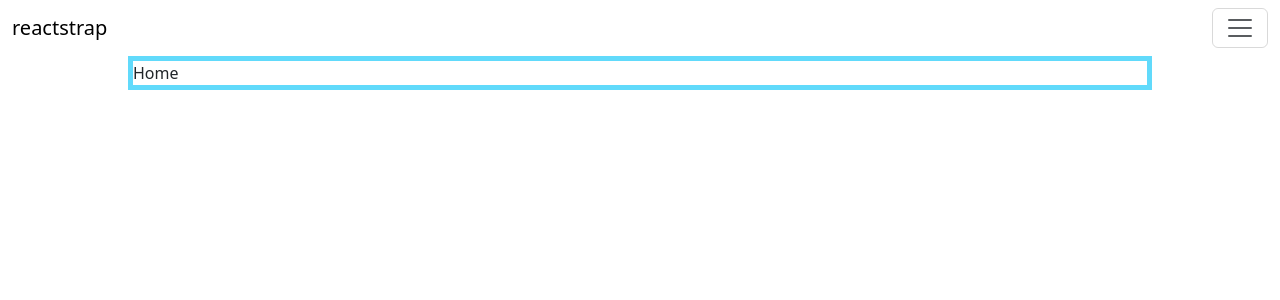
Repository: chadrackkyungu/Sylvie
Page: /
An editor plug-in stored every save of this project. The page is shown before and after the next save, followed by the edit.
The browser window is 1280 px wide. The pictures show the whole page.
The project was rebuilt for these pictures with package versions that can differ from the ones it lists, and the page was loaded fresh each time. Also part of the build but not shown: src/App.css.

Above is the page before, as saved 2022-07-19 23:23:22.

After the next save:
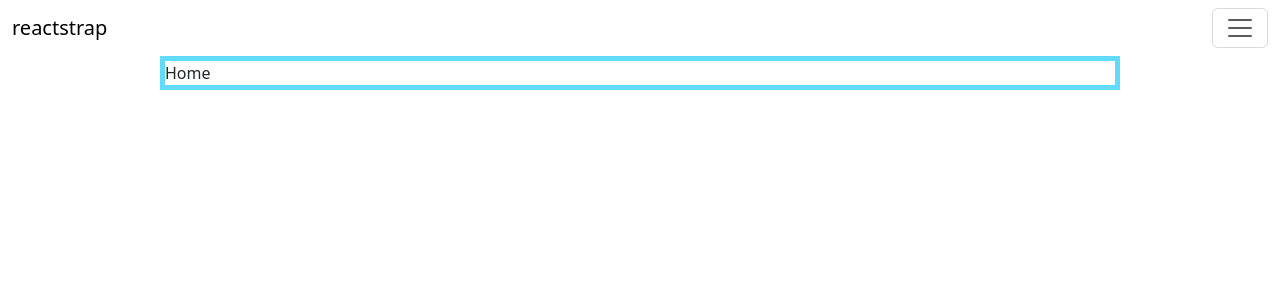
Saved 6 s later.
--- a/src/index.css
+++ b/src/index.css
@@ -31,7 +31,7 @@ a:hover {
 }
 
 .page-w {
-    width: 80%;
+    width: 75%;
     margin: 0 auto;
     border: #61dafb 5px solid;
 }
